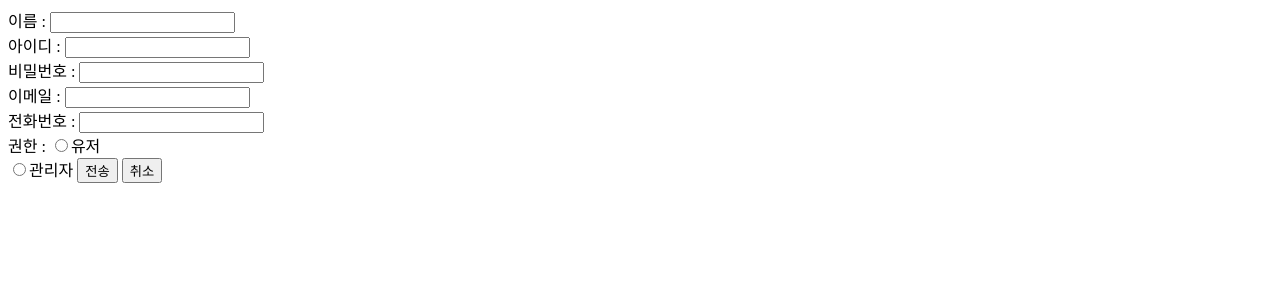
Repository: totesbk/JSP-
Page: http://localhost/web08/form.jsp
The author's editor kept a copy of each file at every save. The page is drawn from the files as they stood at one save, then again after a run of saves.
The browser window is 1280 px wide. The pictures show the whole page.
The page is served by Tomcat 9.

Above is the page before, as saved 2020-10-13 01:14:54.

### web08/WebContent/form.jsp
<%@ page language="java" contentType="text/html; charset=UTF-8"
pageEncoding="UTF-8"%>
<!DOCTYPE html>
<html>
  <head>
    <meta charset="UTF-8" />
    <title>Insert title here</title>
  </head>
  <body>
    <form method="get" action="formInsert.jsp">
      <label for="name">이름 :</label>
      <input type="text" name="name" id="name" /><br />

      <label for="userid">아이디 :</label>
      <input type="text" name="userid" id="userid" /><br />

      <label for="userpwd">비밀번호 :</label>
      <input type="password" name="userpwd" id="userpwd" /><br />

      <label for="email">이메일 :</label>
      <input type="email" name="email" id="email" /><br />

      <label for="phone">전화번호 :</label>
      <input type="text" name="phone" id="phone" /><br />

      <label for="admin">권한 :</label>
      <input type="radio" name="admin" id="admin" value="0">유저 <br>
      <input type="radio" name="admin" id="admin" value="1">관리자

      <input type="submit" value="전송" />
      <input type="reset" value="취소" />
    </form>
  </body>
</html>

After the next 2 saves:
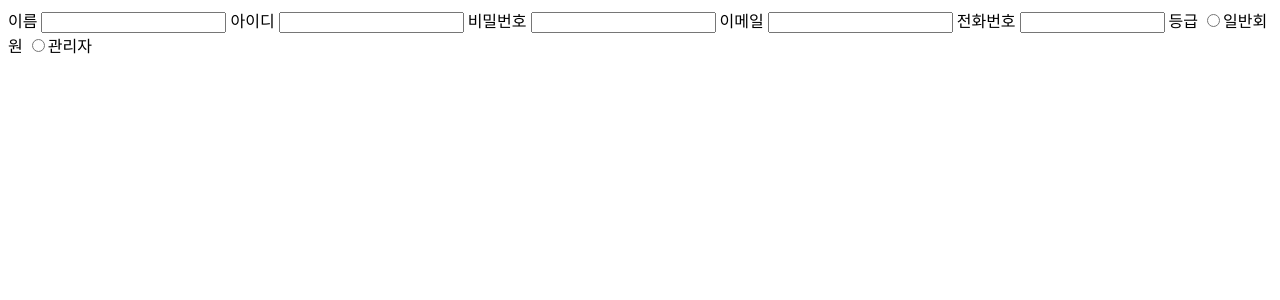
The 2 saves are shown as one change because they came seconds apart.
The last was saved 27 min 10 s later.
--- a/web08/WebContent/form.jsp
+++ b/web08/WebContent/form.jsp
@@ -7,28 +7,40 @@
     <title>Insert title here</title>
   </head>
   <body>
-    <form method="get" action="formInsert.jsp">
-      <label for="name">이름 :</label>
-      <input type="text" name="name" id="name" /><br />
+   <form action="" method="post">
+   		<tr>
+   			<td>이름</td>
+   			<td><input type="text" name="name" size="20"></td>
+   		</tr>
+   		<tr>
+   			<td>아이디</td>
+   			<td><input type="text" name="userid" size="20"></td>
+   		</tr>
+   		<tr>
+   			<td>비밀번호</td>
+   			<td><input type="password" name="userpwd" size="20"></td>
+   		</tr>
 
-      <label for="userid">아이디 :</label>
-      <input type="text" name="userid" id="userid" /><br />
+   		<tr>
+   			<td>이메일</td>
+   			<td><input type="text" name="email" size="20"></td>
+   		</tr>
 
-      <label for="userpwd">비밀번호 :</label>
-      <input type="password" name="userpwd" id="userpwd" /><br />
+   		<tr>
+   			<td>전화번호</td>
+   			<td><input type="text" name="phone" size="15"></td>
+   		</tr>
 
-      <label for="email">이메일 :</label>
-      <input type="email" name="email" id="email" /><br />
+   		<tr>
+   			<td>등급</td>
+   			<td>
+   			<input type="radio" name="admin" value="0">일반회원
+   			<input type="radio" name="admin" value="1">관리자
+   			</td>
+   		</tr>
 
-      <label for="phone">전화번호 :</label>
-      <input type="text" name="phone" id="phone" /><br />
 
-      <label for="admin">권한 :</label>
-      <input type="radio" name="admin" id="admin" value="0">유저 <br>
-      <input type="radio" name="admin" id="admin" value="1">관리자
 
-      <input type="submit" value="전송" />
-      <input type="reset" value="취소" />
     </form>
   </body>
 </html>
